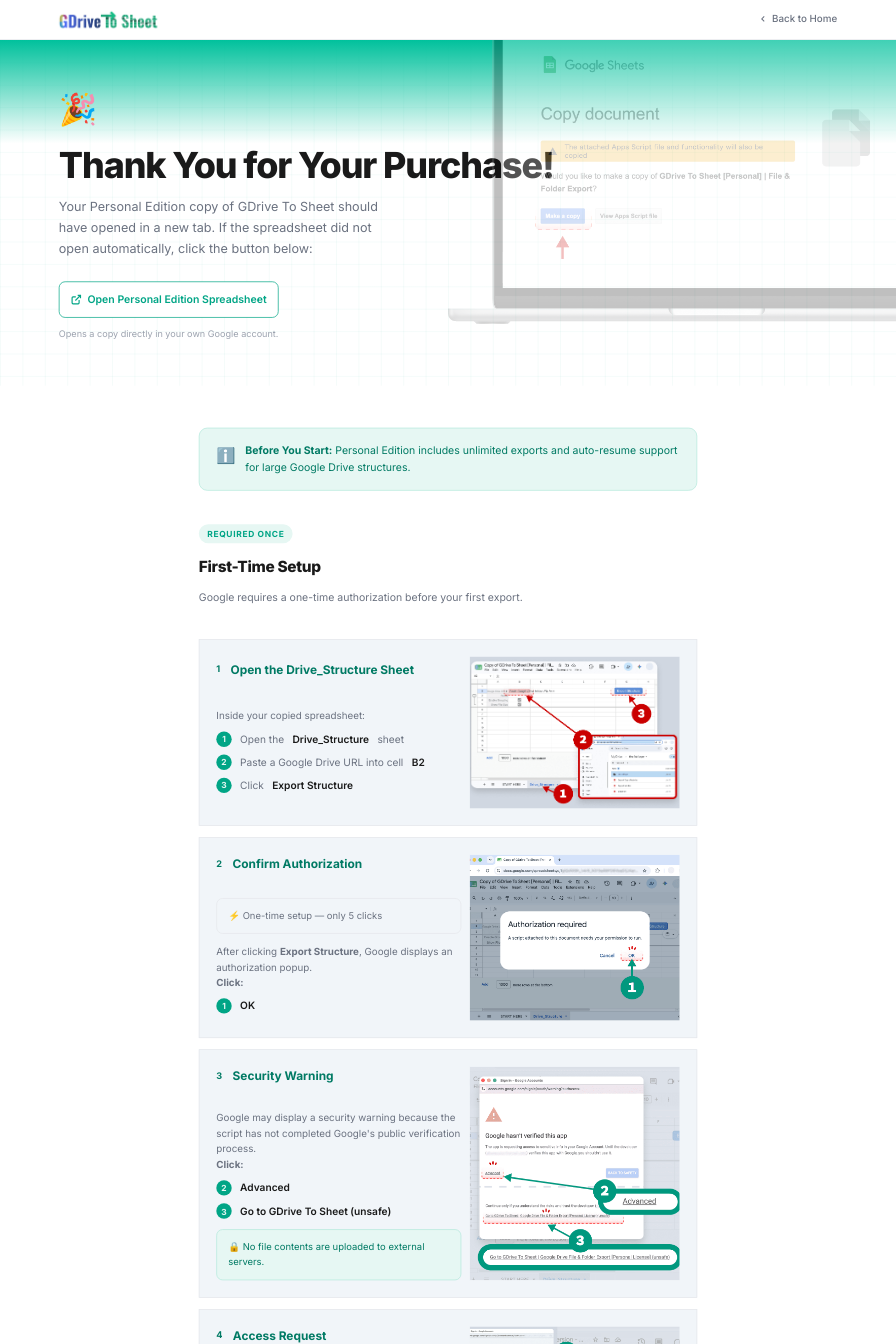
Repository: toishitool/gdrive-to-sheet
Page: personal-parch-thanks.html
The author's editor kept a copy of each file at every save. The page is drawn from the files as they stood at one save, then again after the next save.
The browser window is 1280 px wide. The pictures show the part of the page from y = 0 to 1920 px (the page is 3724 px tall), at 70% of full size.

Above is the page before, as saved 2026-06-26 09:28:47.

### personal-parch-thanks.html
<!DOCTYPE html>
<html lang="en" class="scroll-smooth">

<head>
  <meta charset="UTF-8" />
  <meta name="viewport" content="width=device-width, initial-scale=1.0" />
  <title>Welcome to GDrive To Sheet Personal Edition</title>
  <meta name="description"
    content="Your Personal Edition copy of GDrive To Sheet is ready. Complete the one-time Google authorization and start exporting unlimited Google Drive folder structures." />
  <meta name="robots" content="noindex,nofollow" />
  <link rel="preconnect" href="https://fonts.googleapis.com" />
  <link rel="preconnect" href="https://fonts.gstatic.com" crossorigin />
  <link href="https://fonts.googleapis.com/css2?family=Inter:wght@300;400;500;600;700;800&display=swap"
    rel="stylesheet" />
  <link rel="stylesheet" href="style.css" />
  <link href="https://fonts.googleapis.com/css2?family=Inter:wght@300;400;500;600;700;800&display=swap"
    rel="stylesheet" />
  <link rel="stylesheet" href="https://cdnjs.cloudflare.com/ajax/libs/font-awesome/6.0.0/css/all.min.css">

</head>

<body>

  <div id="header-container"></div>


  <main>
    <!-- HERO / CONFIRMATION -->
    <section class="hero grid-bg gradient-box" style="padding: 64px 0 64px;">
      <img src="images/personal-download-window.png" alt="Google Sheet Copy Document Interface" style="
    position: absolute;
    top: 35%;
    left: 80%;
    transform: translate(-50%, -50%);
    width: 60%;
    height: auto;
    opacity: 0.25;
    z-index: 0;
    pointer-events: none;
  ">

      <div class="container">
        <div class="celebrate-icon">🎉</div>
        <h1>Thank You for Your Purchase!</h1>
        <p class="sub">Your Personal Edition copy of GDrive To Sheet should have opened in a new tab.
          If the spreadsheet did not open automatically, click the button below:</p>

        <a href=" https://docs.google.com/spreadsheets/d/1VDzwA3ShMtFhtawjxXsAX3e5eGQdUEpiThRC9teeUPc/copy"
          class="btn btn-secondary open-trial-btn">
          <svg width="16" height="16" fill="none" stroke="currentColor" stroke-width="2.5" viewBox="0 0 24 24">
            <path d="M18 13v6a2 2 0 0 1-2 2H5a2 2 0 0 1-2-2V8a2 2 0 0 1 2-2h6" />
            <polyline points="15 3 21 3 21 9" />
            <line x1="10" y1="14" x2="21" y2="3" />
          </svg>
          Open Personal Edition Spreadsheet
        </a>
        <p class="open-note">Opens a copy directly in your own Google account.</p>
      </div>
    </section>

    <div class="page-wrap" style="padding-bottom: 0;">
      <div class="container" style="padding: 0;">

        <!-- Before You Start -->
        <div class="info-banner">
          <span class="icon">ℹ️</span>
          <p><strong>Before You Start:</strong> Personal Edition includes unlimited exports and auto-resume support for
            large Google Drive structures.
          </p>
        </div>

        <!-- First-Time Setup -->
        <div class="section">
          <span class="eyebrow">Required Once</span>
          <h2>First-Time Setup</h2>
          <p>Google requires a one-time authorization before your first export.</p>
        </div>

        <!-- Step 1 -->
        <div class="step-card" data-step="0">
          <div class="step-card-head">
            <div class="step-num">1</div>
            <h3>Open the Drive_Structure Sheet</h3>
          </div>
          <div class="step-image-wrapper" onclick="openModal(0)">
            <img src="images/allow01p.png" alt="Step 1">
          </div>
          <div class="step-text-content">
            <p>Inside your copied spreadsheet:</p>
            <ol class="ordered-list">
              <li>Open the <strong>Drive_Structure</strong> sheet</li>
              <li>Paste a Google Drive URL into cell <strong>B2</strong></li>
              <li>Click <strong>Export Structure</strong></li>
            </ol>
          </div>
        </div>

        <div class="step-card" data-step="1">

          <div class="step-card-head">

            <div class="step-num">2</div>
            <h3>Confirm Authorization</h3>
          </div>
          <div class="step-image-wrapper" onclick="openModal(1)">
            <img src="images/allow02p.png" alt="Step 2">
          </div>
          <div class="step-text-content">
            <div class="note-callout" style="margin: 0 0 14px 0;">
              ⚡ One-time setup — only 5 clicks
            </div>
            <p>After clicking <strong>Export Structure</strong>, Google displays an authorization popup.</p>

            <p><strong>Click:</strong></p>

            <ol class="ordered-list">
              <li><strong>OK</strong></li>
            </ol>


          </div>
        </div>

        <div class="step-card" data-step="2">
          <div class="step-card-head">
            <div class="step-num">3</div>
            <h3>Security Warning</h3>
          </div>
          <div class="step-image-wrapper" onclick="openModal(2)">
            <img src="images/allow03p.png" alt="Step 3">
          </div>
          <div class="step-text-content">
            <p>Google may display a security warning because the script has not completed Google's public verification
              process.</p>

            <p><strong>Click:</strong></p>

            <ol class="ordered-list" style="counter-reset: step-list 1;">
              <li><strong>Advanced</strong></li>
              <li><strong>Go to GDrive To Sheet (unsafe)</strong></li>
            </ol>

            <div class="note-callout privacy">
              🔒 No file contents are uploaded to external servers.
            </div>
          </div>
        </div>

        <div class="step-card" data-step="3">
          <div class="step-card-head">
            <div class="step-num">4</div>
            <h3>Access Request</h3>
          </div>
          <div class="step-image-wrapper" onclick="openModal(3)">
            <img src="images/allow04p.png" alt="Step 4">
          </div>
          <div class="step-text-content">
            <p>Grant the required permissions for Google Drive metadata access and spreadsheet output.</p>

            <p><strong>Click:</strong></p>

            <ol class="ordered-list" style="counter-reset: step-list 3;">
              <li><strong>Select all</strong></li>
              <li><strong>Continue</strong></li>
            </ol>

            <div class="note-callout">
              🚀 After clicking <strong>Continue</strong>, wait approximately 5 seconds.<br>
              The export process will start automatically without additional actions.
            </div>
          </div>

        </div>
        <!-- Before You Start -->
        <div class="info-banner">
          <span class="icon">ℹ️</span>
          <div>
            <p><strong>Why is Google showing a warning?</strong></p>
            <p>Google displays this message for many independent Apps Script tools that have not completed Google's
              public verification process.
            </p>
            <p>The authorization simply allows the spreadsheet to access your Drive and write the export results.
            </p>
            <p>🔒 No file contents are uploaded to external servers.
            </p>
          </div>
        </div>


        <div class="info-banner">
  <span class="icon">🎉</span>
  <div>
    <p><strong>Personal Edition Activated</strong></p>

    <p>
      Your copy includes unlimited exports,
      auto-resume processing,
      and support for very large Google Drive structures.
    </p>

    <p>
      No additional license activation is required.
      Simply complete the Google authorization once and start exporting.
    </p>
  </div>
</div>


        <!-- Free Trial Limitations -->
        <div class="section" style="margin-top:48px;">
          <h2>Your Personal Edition Includes</h2>
        </div>
        <div class="limit-table" style="margin-bottom:48px;">
          <div class="limit-row yes"><span class="li-icon">✅</span> Unlimited exports</div>
          <div class="limit-row yes"><span class="li-icon">✅</span> Auto-resume processing</div>
          <div class="limit-row yes"><span class="li-icon">✅</span> Folder hierarchy generation</div>
          <div class="limit-row yes"><span class="li-icon">✅</span> Large dataset support</div>
          <div class="limit-row yes"><span class="li-icon">✅</span> Lifetime license</div>
          <div class="limit-row yes"><span class="li-icon">✅</span> Single-user license</div>
        </div>

        <!-- Need Help -->
        <div class="section">
          <h2>Need Help?</h2>
        </div>
        <div class="help-card" style="margin-bottom:56px;">
          <h3>✉️ Contact Support</h3>
          <p>If you experience any issues during setup or authorization, please contact support and include:</p>
          <ul class="help-checklist">
            <li>Product edition (Personal Edition)</li>
            <li>Error message text (if available)</li>
            <li>Relevant screenshots (if applicable)</li>
            <li>Google account type (Personal or Workspace)</li>
          </ul>
          <p style="margin-bottom:0;">We will be happy to help. <a href="mailto:toishitool@gmail.com"
              style="color:var(--green);font-weight:600;text-decoration:none;border-bottom:1px solid rgba(0,165,134,0.3);">toishitool@gmail.com</a>
          </p>
        </div>


      </div>
    </div>

  </main>


  <div id="footer-container"></div>
  <script src="js/common.js"></script>

  <!-- ステップ詳細モーダル -->
  <div id="step-modal" style="display: none;" class="modal-overlay" onclick="if (event.target === this) closeModal();">
    <div class="modal-content">
      <!-- 右上の閉じるボタン -->
      <span class="close-btn" onclick="closeModal()" role="button" tabindex="0" aria-label="閉じる">&times;</span>
      <!-- 左右のナビゲーションボタン -->
      <button class="nav-btn prev-btn" onclick="navigateStep(-1)" aria-label="前のステップ">
        <i class="fas fa-chevron-left"></i> </button>
      <button class="nav-btn next-btn" onclick="navigateStep(1)" aria-label="次のステップ">
        <i class="fas fa-chevron-right"></i> </button>
      <!-- 画像 -->
      <img id="modal-img" src="" alt="">
      <!-- 見出し＋補足文言（縦積み） -->



      <div class="modal-text-area">
        <h3 id="modal-title"></h3>
        <p id="modal-body"></p>
      </div>
      <div class="progress-container">
        <div class="progress-bar" id="progress-bar"></div>
      </div>
    </div>
  </div>


</body>

</html>

### header.html
<nav aria-label="Main navigation">
  <div class="nav-inner">
    <a href="index.html" class="nav-logo">
      <img src="images/logo_gdrivetosheet.png" alt="GDrive To Sheet" />
    </a>
    <a href="index.html" class="nav-back hover-underline">
      <svg width="14" height="14" fill="none" stroke="currentColor" stroke-width="2.5" viewBox="0 0 24 24"><polyline points="15 18 9 12 15 6"/></svg>
      Back to Home
    </a>
  </div>
</nav>

### footer.html
<footer role="contentinfo" class="footer">
  <div class="container">
    <div class="footer-inner">
      <a href="index.html" class="footer-logo">
        <img src="images/logo_gdrivetosheet_dk.png" alt="GDrive To Sheet Home" />
      </a>

      <div class="footer-links">
        <a href="privacy-policy.html">Privacy Policy</a>
        <a href="terms.html">Terms of Use</a>
        <a href="license.html">License Terms</a>
        <a href="refund-policy.html">Refund Policy</a>
        <a href="contact.html">Contact</a>
        <a href="support.html">Support &amp; FAQ</a>
      </div>

      <div class="footer-bottom-text">
        <span class="footer-copy">Independent software by ToishiTool</span>
        <span class="footer-copy">
          © <span id="year"></span> ToishiTool. All rights reserved.
        </span>

        <script>
          document.getElementById("year").textContent =
            new Date().getFullYear();
        </script>
      </div>
    </div>
  </div>
</footer>

Loaded but not shown: js/common.js (228 lines, source omitted); style.css (3533 lines, source omitted)

After the next save:
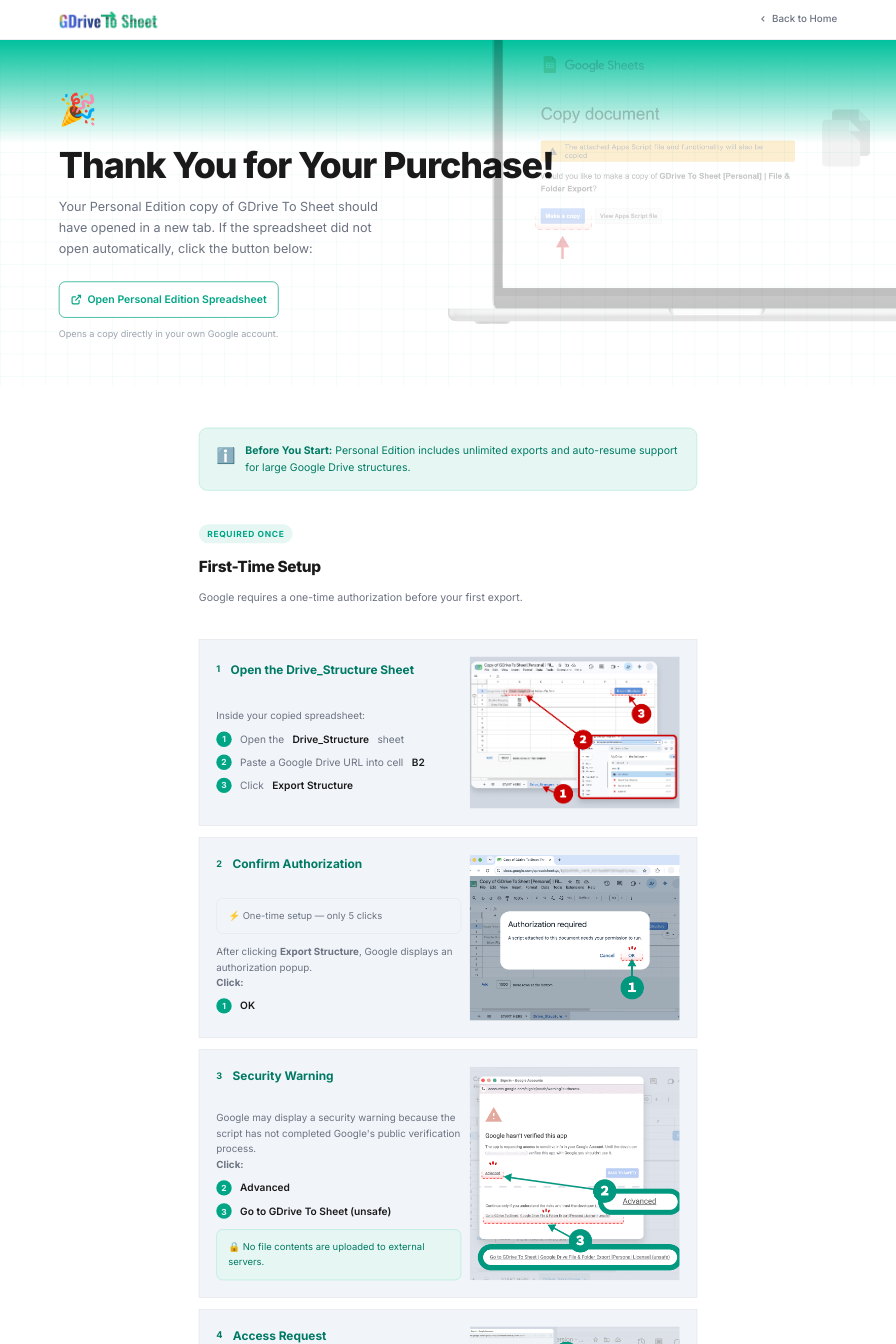
Saved 5 min 55 s later.
--- a/personal-parch-thanks.html
+++ b/personal-parch-thanks.html
@@ -37,6 +37,7 @@
     opacity: 0.25;
     z-index: 0;
     pointer-events: none;
+    mix-blend-mode: multiply;
   ">
 
       <div class="container">
